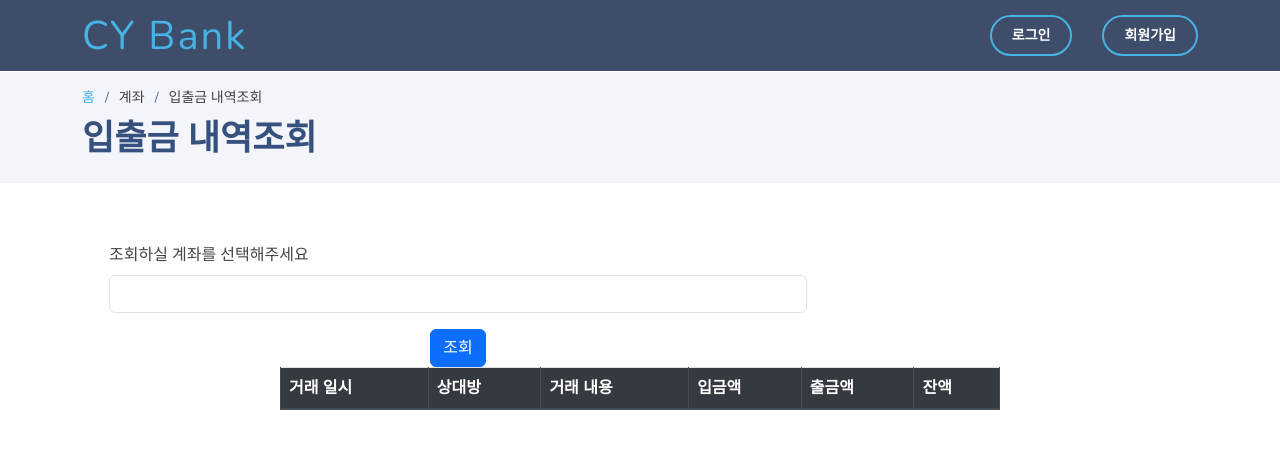
Repository: scy0814/Spring
Page: http://localhost/CYBank/jsp/transaction/TransactionHistoryProcess.jsp
An editor plug-in stored every save of this project. The page is shown before and after the next save, followed by the edit.
The browser window is 1280 px wide. The pictures show the whole page.
The page is served by Tomcat 9. The template is opened directly, without the code that normally fills it, so the values that code supplies are empty.

Above is the page before, as saved 2023-07-02 07:38:05.

After the next save:
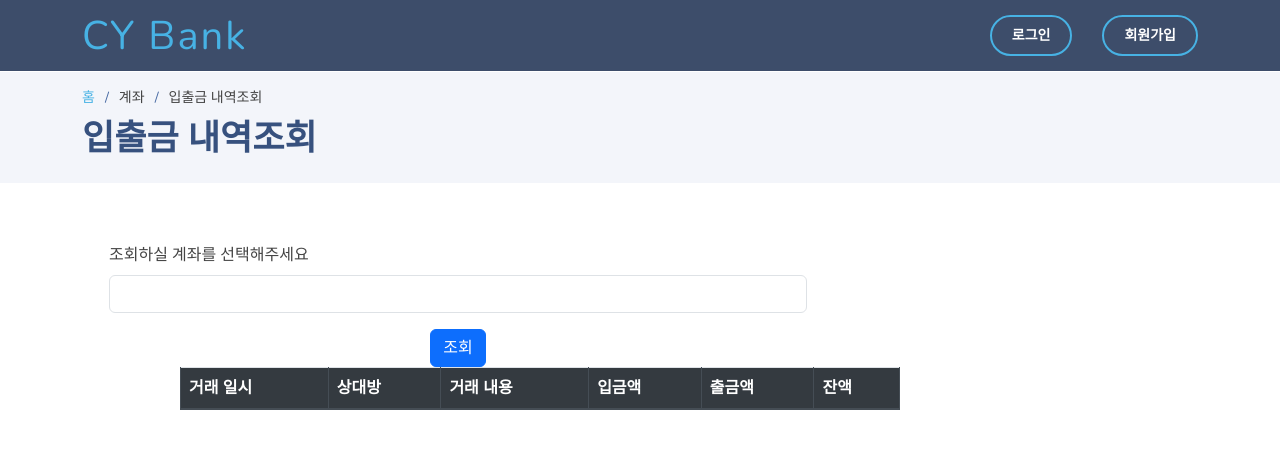
Saved 92 min 28 s later.
--- a/CYBank/src/main/webapp/jsp/transaction/TransactionHistoryProcess.jsp
+++ b/CYBank/src/main/webapp/jsp/transaction/TransactionHistoryProcess.jsp
@@ -79,7 +79,7 @@
 				</div>
 			</form>
 
-			<div class="container">
+			<div class="container" style="position : relative; right : 100px;">
 				<div class="row justify-content-center">
 					<div class="col-lg-8">
 						<table class="table table-striped table-bordered transactionListTable">
